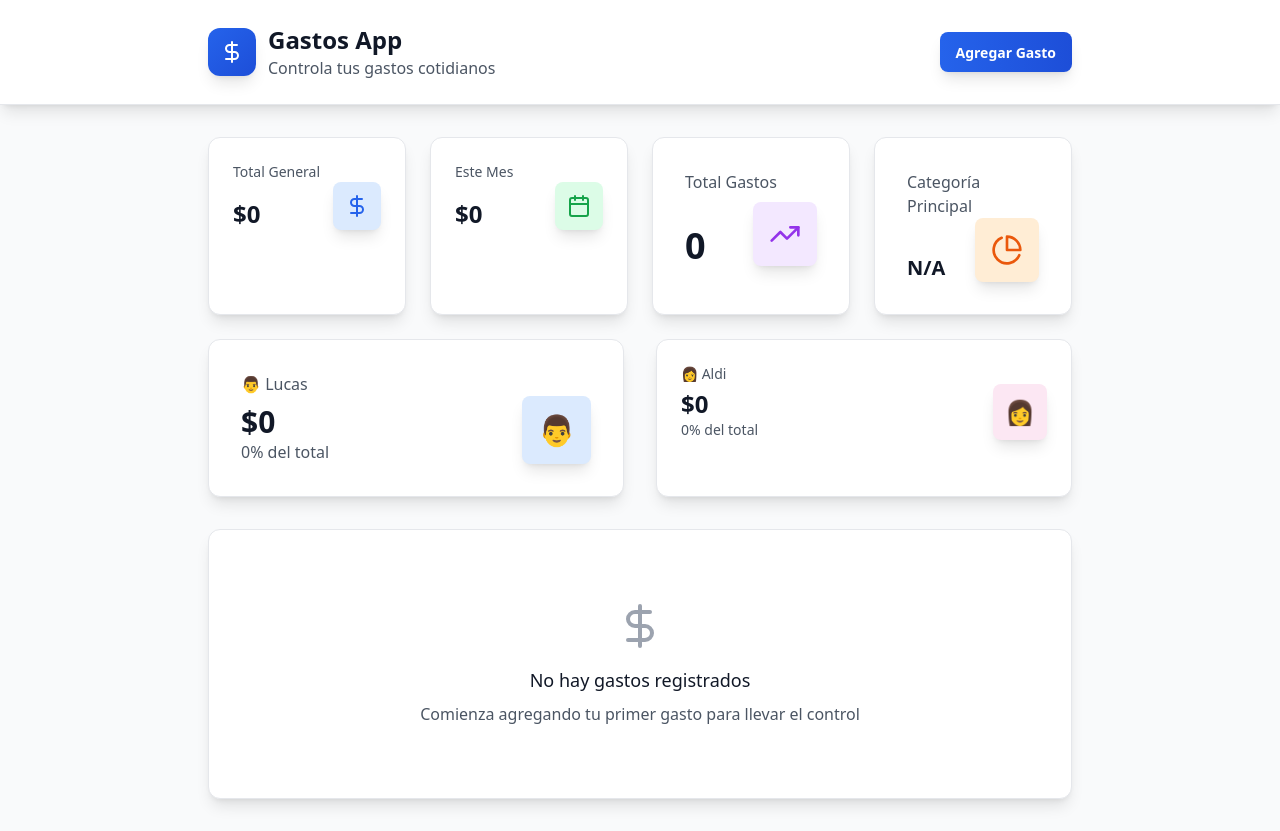
Repository: lucastenaglia/Gastosapp
Page: /
An editor plug-in stored every save of this project. The page is shown before and after the next save, followed by the edit.
The browser window is 1280 px wide. The pictures show the whole page.
The page's requests for data from a server got no answer. The project was rebuilt for these pictures with package versions that can differ from the ones it lists, and the page was loaded fresh each time. No one was signed in, and anything a server would have sent is missing. Also part of the build but not shown: vite.config.js, src/components/ExpenseForm.jsx.

Above is the page before, as saved 2025-08-03 21:46:16.

### index.html
<!DOCTYPE html>
<html lang="es">
  <head>
    <meta charset="UTF-8" />
    <link rel="icon" type="image/svg+xml" href="data:[embedded picture, 125 characters]" />
    <meta name="viewport" content="width=device-width, initial-scale=1.0" />
    <title>Gastos App - Control de Gastos Cotidianos</title>
  </head>
  <body>
    <div id="root"></div>
    <script type="module" src="/src/main.jsx"></script>
  </body>
</html>

### src/App.jsx
import { useState, useEffect } from 'react'
import Header from './components/Header'
import ExpenseForm from './components/ExpenseForm'
import ExpenseList from './components/ExpenseList'
import ExpenseSummary from './components/ExpenseSummary'
import { getExpenses, addExpense, updateExpense, deleteExpense } from './services/expenseService'

function App() {
  const [expenses, setExpenses] = useState([])
  const [isFormOpen, setIsFormOpen] = useState(false)
  const [loading, setLoading] = useState(true)
  const [error, setError] = useState(null)

  // Cargar gastos al iniciar la aplicación
  useEffect(() => {
    loadExpenses()
  }, [])

  // Cerrar modal con Escape
  useEffect(() => {
    const handleEscape = (e) => {
      if (e.key === 'Escape' && isFormOpen) {
        setIsFormOpen(false)
      }
    }

    document.addEventListener('keydown', handleEscape)
    return () => document.removeEventListener('keydown', handleEscape)
  }, [isFormOpen])

  const loadExpenses = async () => {
    try {
      setLoading(true)
      const data = await getExpenses()
      setExpenses(data)
      setError(null)
    } catch (err) {
      setError('Error al cargar los gastos')
      console.error(err)
    } finally {
      setLoading(false)
    }
  }

  const handleAddExpense = async (expense) => {
    try {
      const newExpense = await addExpense(expense)
      setExpenses([newExpense, ...expenses])
      setIsFormOpen(false)
    } catch (err) {
      setError('Error al agregar el gasto')
      console.error(err)
    }
  }

  const handleDeleteExpense = async (id) => {
    try {
      await deleteExpense(id)
      setExpenses(expenses.filter(expense => expense.id !== id))
    } catch (err) {
      setError('Error al eliminar el gasto')
      console.error(err)
    }
  }

  const handleEditExpense = async (id, updatedExpense) => {
    try {
      const updated = await updateExpense(id, updatedExpense)
      setExpenses(expenses.map(expense =>
        expense.id === id ? updated : expense
      ))
    } catch (err) {
      setError('Error al actualizar el gasto')
      console.error(err)
    }
  }

  return (
    <div className="min-h-screen bg-gray-50">
      <Header onAddExpense={() => setIsFormOpen(true)} />

      <main className="container mx-auto px-4 py-8 max-w-4xl">
        {error && (
          <div className="bg-red-100 border border-red-400 text-red-700 px-4 py-3 rounded mb-6">
            {error}
          </div>
        )}

        <ExpenseSummary expenses={expenses} />

        <div className="mt-8">
          <ExpenseList
            expenses={expenses}
            onDelete={handleDeleteExpense}
            onEdit={handleEditExpense}
            loading={loading}
          />
        </div>
      </main>

      {/* Modal Overlay */}
      {isFormOpen && (
        <div
          className="fixed inset-0 bg-black bg-opacity-50 flex items-center justify-center z-50 p-4 animate-in fade-in duration-200"
          onClick={() => setIsFormOpen(false)}
        >
          <div
            className="bg-white rounded-xl shadow-2xl max-w-md w-full mx-4 max-h-[90vh] overflow-y-auto animate-in zoom-in-95 duration-200"
            onClick={(e) => e.stopPropagation()}
          >
            <ExpenseForm
              onSubmit={handleAddExpense}
              onCancel={() => setIsFormOpen(false)}
            />
          </div>
        </div>
      )}
    </div>
  )
}

export default App

### src/index.css
@tailwind base;
@tailwind components;
@tailwind utilities;

@layer base {
  body {
    @apply bg-gray-50 text-gray-900;
  }
}

@layer components {
                .btn-primary {
                @apply bg-primary-600 hover:bg-primary-700 text-white font-medium py-2 px-4 rounded-lg transition-all duration-300 shadow-md hover:shadow-lg hover:-translate-y-0.5 transform;
              }

              .btn-secondary {
                @apply bg-gray-200 hover:bg-gray-300 text-gray-800 font-medium py-2 px-4 rounded-lg transition-all duration-300 shadow-md hover:shadow-lg hover:-translate-y-0.5 transform;
              }

                .input-field {
                @apply w-full px-3 py-2 border border-gray-300 rounded-lg focus:outline-none focus:ring-2 focus:ring-primary-500 focus:border-transparent shadow-sm focus:shadow-md transition-all duration-300;
              }

                            .card {
                @apply bg-white rounded-xl shadow-lg border border-gray-200 p-6 transform transition-all duration-300 hover:shadow-2xl hover:-translate-y-1;
              }

              .modal-enter {
                @apply opacity-0 scale-95;
              }

              .modal-enter-active {
                @apply opacity-100 scale-100 transition-all duration-200 ease-out;
              }

              .modal-exit {
                @apply opacity-100 scale-100;
              }

              .modal-exit-active {
                @apply opacity-0 scale-95 transition-all duration-200 ease-in;
              }
}

### src/components/Header.jsx
import { Plus, DollarSign } from 'lucide-react'

const Header = ({ onAddExpense }) => {
  return (
    <header className="bg-white shadow-lg border-b border-gray-200">
      <div className="container mx-auto px-4 py-6 max-w-4xl">
        <div className="flex items-center justify-between">
          <div className="flex items-center space-x-3">
            <div className="bg-gradient-to-br from-primary-600 to-primary-700 p-3 rounded-xl shadow-lg">
              <DollarSign className="h-6 w-6 text-white" />
            </div>
            <div>
              <h1 className="text-2xl font-bold text-gray-900">Gastos App</h1>
              <p className="text-gray-600">Controla tus gastos cotidianos</p>
            </div>
          </div>

          <button
            onClick={onAddExpense}
            className="bg-gradient-to-r from-primary-600 to-primary-700 active:from-primary-800 active:to-primary-900 text-white font-semibold py-2 px-4 rounded-lg shadow-lg hover:shadow-xl active:shadow-md active:translate-y-0.5 transition-all duration-200 border-0 focus:outline-none focus:ring-2 focus:ring-primary-300"
          >
            <span className="text-sm">Agregar Gasto</span>
          </button>
        </div>
      </div>
    </header>
  )
}

export default Header

### src/components/ExpenseList.jsx
import { useState } from 'react'
import { Trash2, Edit, Calendar, DollarSign } from 'lucide-react'

const ExpenseList = ({ expenses, onDelete, onEdit, loading }) => {
  const [editingId, setEditingId] = useState(null)
  const [editForm, setEditForm] = useState({})

  const categoryIcons = {
    comida: '🍽️',
    super: '🛒',
    auto: '🚗',
    entretenimiento: '🎮',
    salud: '💊',
    ropa: '👕',
    hogar: '🏠',
    otros: '📦'
  }

  const categoryColors = {
    comida: 'bg-orange-100 text-orange-800',
    super: 'bg-red-100 text-red-800',
    auto: 'bg-blue-100 text-blue-800',
    entretenimiento: 'bg-purple-100 text-purple-800',
    salud: 'bg-green-100 text-green-800',
    ropa: 'bg-pink-100 text-pink-800',
    hogar: 'bg-yellow-100 text-yellow-800',
    otros: 'bg-gray-100 text-gray-800'
  }

  const handleEdit = (expense) => {
    setEditingId(expense.id)
    setEditForm({
      description: expense.description,
      amount: expense.amount.toString(),
      category: expense.category,
      person: expense.person || 'lucas',
      date: expense.date
    })
  }

  const handleSaveEdit = (id) => {
    onEdit(id, {
      ...editForm,
      amount: parseFloat(editForm.amount)
    })
    setEditingId(null)
    setEditForm({})
  }

  const handleCancelEdit = () => {
    setEditingId(null)
    setEditForm({})
  }

  const formatDate = (dateString) => {
    const date = new Date(dateString)
    return date.toLocaleDateString('es-ES', {
      year: 'numeric',
      month: 'short',
      day: 'numeric'
    })
  }

  if (loading) {
    return (
      <div className="card">
        <div className="text-center py-12">
          <div className="animate-spin rounded-full h-12 w-12 border-b-2 border-primary-600 mx-auto mb-4"></div>
          <h3 className="text-lg font-medium text-gray-900 mb-2">
            Cargando gastos...
          </h3>
          <p className="text-gray-600">
            Conectando con la base de datos
          </p>
        </div>
      </div>
    )
  }

  if (expenses.length === 0) {
    return (
      <div className="card">
        <div className="text-center py-12">
          <DollarSign className="h-12 w-12 text-gray-400 mx-auto mb-4" />
          <h3 className="text-lg font-medium text-gray-900 mb-2">
            No hay gastos registrados
          </h3>
          <p className="text-gray-600">
            Comienza agregando tu primer gasto para llevar el control
          </p>
        </div>
      </div>
    )
  }

  return (
    <div className="card">
      <h2 className="text-xl font-semibold text-gray-900 mb-6">
        Historial de Gastos
      </h2>

      <div className="space-y-3">
        {expenses.map(expense => (
          <div key={expense.id} className="border border-gray-200 rounded-lg p-3 sm:p-4 bg-white shadow-md hover:shadow-xl hover:-translate-y-1 transform transition-all duration-300">
            {editingId === expense.id ? (
              <div className="space-y-3">
                <input
                  type="text"
                  value={editForm.description}
                  onChange={(e) => setEditForm({...editForm, description: e.target.value})}
                  className="input-field"
                />
                <div className="grid grid-cols-1 sm:grid-cols-2 gap-3">
                  <input
                    type="number"
                    value={editForm.amount}
                    onChange={(e) => setEditForm({...editForm, amount: e.target.value})}
                    className="input-field"
                    step="1"
                    min="0"
                  />
                  <select
                    value={editForm.category}
                    onChange={(e) => setEditForm({...editForm, category: e.target.value})}
                    className="input-field"
                  >
                    <option value="comida">🍽️ Comida</option>
                    <option value="super">🛒 Super</option>
                    <option value="auto">🚗 Auto</option>
                    <option value="entretenimiento">🎮 Entretenimiento</option>
                    <option value="salud">💊 Salud</option>
                    <option value="ropa">👕 Ropa</option>
                    <option value="hogar">🏠 Hogar</option>
                    <option value="otros">📦 Otros</option>
                  </select>
                </div>
                <div className="grid grid-cols-1 sm:grid-cols-2 gap-3">
                  <select
                    value={editForm.person}
                    onChange={(e) => setEditForm({...editForm, person: e.target.value})}
                    className="input-field"
                  >
                    <option value="lucas">👨 Lucas</option>
                    <option value="aldi">👩 Aldi</option>
                  </select>
                  <input
                    type="date"
                    value={editForm.date}
                    onChange={(e) => setEditForm({...editForm, date: e.target.value})}
                    className="input-field"
                  />
                </div>
                <div className="flex space-x-2">
                  <button
                    onClick={() => handleSaveEdit(expense.id)}
                    className="btn-primary text-sm flex-1"
                  >
                    Guardar
                  </button>
                  <button
                    onClick={handleCancelEdit}
                    className="btn-secondary text-sm flex-1"
                  >
                    Cancelar
                  </button>
                </div>
              </div>
            ) : (
              <div className="space-y-3">
                {/* Header con icono, descripción y monto */}
                <div className="flex items-start justify-between">
                  <div className="flex items-center space-x-3 flex-1 min-w-0">
                    <div className={`p-2 rounded-lg flex-shrink-0 ${categoryColors[expense.category]}`}>
                      <span className="text-lg">{categoryIcons[expense.category]}</span>
                    </div>

                    <div className="flex-1 min-w-0">
                      <h3 className="font-medium text-gray-900 truncate">
                        {expense.description}
                      </h3>
                      <div className="flex items-center space-x-2 text-sm text-gray-600 mt-1">
                        <span className="flex items-center space-x-1">
                          <Calendar className="h-3 w-3" />
                          <span className="hidden sm:inline">{formatDate(expense.date)}</span>
                          <span className="sm:hidden">{new Date(expense.date).toLocaleDateString('es-ES', { day: '2-digit', month: '2-digit' })}</span>
                        </span>
                        <span className="hidden sm:inline">•</span>
                        <span className="capitalize text-xs sm:text-sm">{expense.category}</span>
                      </div>
                    </div>
                  </div>

                  <div className="flex items-center space-x-2 flex-shrink-0">
                    <span className="text-lg font-semibold text-gray-900">
                      ${expense.amount}
                    </span>

                    <div className="flex space-x-1">
                      <button
                        onClick={() => handleEdit(expense)}
                        className="p-1 text-gray-400 hover:text-blue-600 transition-colors"
                        title="Editar"
                      >
                        <Edit className="h-4 w-4" />
                      </button>
                      <button
                        onClick={() => onDelete(expense.id)}
                        className="p-1 text-gray-400 hover:text-red-600 transition-colors"
                        title="Eliminar"
                      >
                        <Trash2 className="h-4 w-4" />
                      </button>
                    </div>
                  </div>
                </div>

                {/* Información adicional en móvil */}
                <div className="sm:hidden flex items-center justify-between text-sm text-gray-600 border-t pt-2">
                  <span className="flex items-center space-x-1">
                    <span>{expense.person === 'lucas' ? '👨' : '👩'}</span>
                    <span className="capitalize">{expense.person || 'lucas'}</span>
                  </span>
                  <span className="text-xs">
                    {new Date(expense.date).toLocaleDateString('es-ES', { year: 'numeric' })}
                  </span>
                </div>
              </div>
            )}
          </div>
        ))}
      </div>
    </div>
  )
}

export default ExpenseList

### src/components/ExpenseSummary.jsx
import { TrendingUp, Calendar, DollarSign, PieChart } from 'lucide-react'

const ExpenseSummary = ({ expenses }) => {
  const totalExpenses = expenses.reduce((sum, expense) => sum + expense.amount, 0)

  const today = new Date()
  const thisMonth = today.getMonth()
  const thisYear = today.getFullYear()

  const monthlyExpenses = expenses.filter(expense => {
    const expenseDate = new Date(expense.date)
    return expenseDate.getMonth() === thisMonth && expenseDate.getFullYear() === thisYear
  })

  const monthlyTotal = monthlyExpenses.reduce((sum, expense) => sum + expense.amount, 0)

  const categoryTotals = expenses.reduce((acc, expense) => {
    acc[expense.category] = (acc[expense.category] || 0) + expense.amount
    return acc
  }, {})

  const topCategory = Object.entries(categoryTotals).sort(([,a], [,b]) => b - a)[0]

  // Estadísticas por persona
  const personTotals = expenses.reduce((acc, expense) => {
    const person = expense.person || 'lucas'
    acc[person] = (acc[person] || 0) + expense.amount
    return acc
  }, {})

  const lucasTotal = personTotals.lucas || 0
  const aldiTotal = personTotals.aldi || 0

  const formatCurrency = (amount) => {
    return `$${Math.round(amount).toLocaleString('en-US')}`
  }

  return (
    <div className="space-y-4 sm:space-y-6">
      {/* Primera fila - Estadísticas generales */}
      <div className="grid grid-cols-2 lg:grid-cols-4 gap-3 sm:gap-6">
                 {/* Total General */}
         <div className="card relative p-4 sm:p-6">
           <div>
             <p className="text-xs sm:text-sm font-medium text-gray-600">Total General</p>
             <div className="flex items-end justify-between">
               <p className="text-lg sm:text-2xl font-bold text-gray-900">
                 {formatCurrency(totalExpenses)}
               </p>
               <div className="bg-blue-100 p-2 sm:p-3 rounded-lg shadow-lg">
                 <DollarSign className="h-4 w-4 sm:h-6 sm:w-6 text-blue-600" />
               </div>
             </div>
           </div>
         </div>

                 {/* Gastos del Mes */}
         <div className="card relative p-4 sm:p-6">
           <div>
             <p className="text-xs sm:text-sm font-medium text-gray-600">Este Mes</p>
             <div className="flex items-end justify-between">
               <p className="text-lg sm:text-2xl font-bold text-gray-900">
                 {formatCurrency(monthlyTotal)}
               </p>
               <div className="bg-green-100 p-2 sm:p-3 rounded-lg shadow-lg">
                 <Calendar className="h-4 w-4 sm:h-6 sm:w-6 text-green-600" />
               </div>
             </div>
           </div>
         </div>

                 {/* Total de Gastos */}
         <div className="card relative p-4 sm:p-6 lg:p-8">
           <div>
             <p className="text-xs sm:text-sm lg:text-base font-medium text-gray-600">Total Gastos</p>
             <div className="flex items-end justify-between mt-2">
               <p className="text-2xl sm:text-3xl lg:text-4xl font-bold text-gray-900">
                 {expenses.length}
               </p>
               <div className="bg-purple-100 p-2 sm:p-3 lg:p-4 rounded-lg shadow-lg self-end">
                 <TrendingUp className="h-4 w-4 sm:h-6 sm:w-6 lg:h-8 lg:w-8 text-purple-600" />
               </div>
             </div>
           </div>
         </div>

                 {/* Categoría Principal */}
         <div className="card relative p-4 sm:p-6 lg:p-8">
           <div>
             <p className="text-xs sm:text-sm lg:text-base font-medium text-gray-600">Categoría Principal</p>
             <div className="flex items-end justify-between">
               <div>
                 <p className="text-base sm:text-lg lg:text-xl font-semibold text-gray-900 capitalize">
                   {topCategory ? topCategory[0] : 'N/A'}
                 </p>
                 {topCategory && (
                   <p className="text-xs sm:text-sm lg:text-base text-gray-600">
                     {formatCurrency(topCategory[1])}
                   </p>
                 )}
               </div>
               <div className="bg-orange-100 p-2 sm:p-3 lg:p-4 rounded-lg shadow-lg">
                 <PieChart className="h-4 w-4 sm:h-6 sm:w-6 lg:h-8 lg:w-8 text-orange-600" />
               </div>
             </div>
           </div>
         </div>
      </div>

             {/* Segunda fila - Estadísticas por persona */}
       <div className="grid grid-cols-1 sm:grid-cols-2 gap-3 sm:gap-6 lg:gap-8">
                 {/* Gastos de Lucas */}
         <div className="card relative p-4 sm:p-6 lg:p-8">
           <div>
             <p className="text-xs sm:text-sm lg:text-base font-medium text-gray-600">👨 Lucas</p>
             <div className="flex items-end justify-between">
               <div>
                 <p className="text-lg sm:text-2xl lg:text-3xl font-bold text-gray-900">
                   {formatCurrency(lucasTotal)}
                 </p>
                 <p className="text-xs sm:text-sm lg:text-base text-gray-600">
                   {totalExpenses > 0 ? `${((lucasTotal / totalExpenses) * 100).toFixed(1)}%` : '0%'} del total
                 </p>
               </div>
               <div className="bg-blue-100 p-2 sm:p-3 lg:p-4 rounded-lg shadow-lg">
                 <span className="text-lg sm:text-2xl lg:text-3xl">👨</span>
               </div>
             </div>
           </div>
         </div>

                 {/* Gastos de Aldi */}
         <div className="card relative p-4 sm:p-6">
           <div>
             <p className="text-xs sm:text-sm font-medium text-gray-600">👩 Aldi</p>
             <div className="flex items-end justify-between">
               <div>
                 <p className="text-lg sm:text-2xl font-bold text-gray-900">
                   {formatCurrency(aldiTotal)}
                 </p>
                 <p className="text-xs sm:text-sm text-gray-600">
                   {totalExpenses > 0 ? `${((aldiTotal / totalExpenses) * 100).toFixed(1)}%` : '0%'} del total
                 </p>
               </div>
               <div className="bg-pink-100 p-2 sm:p-3 rounded-lg shadow-lg">
                 <span className="text-lg sm:text-2xl">👩</span>
               </div>
             </div>
           </div>
         </div>
      </div>
    </div>
  )
}

export default ExpenseSummary

### src/lib/supabase.js
import { createClient } from '@supabase/supabase-js'

// Configuración de Supabase
const supabaseUrl = 'https://tiarifmkqcayodakifqu.supabase.co'
const supabaseAnonKey = 'eyJhbGciOiJIUzI1NiIsInR5cCI6IkpXVCJ9.eyJpc3MiOiJzdXBhYmFzZSIsInJlZiI6InRpYXJpZm1rcWNheW9kYWtpZnF1Iiwicm9sZSI6ImFub24iLCJpYXQiOjE3NTQyMzYxMzcsImV4cCI6MjA2OTgxMjEzN30.qJr6Xvo0UF5_XPq4UWidASjwgjcWPFJ8CqR6mAHSsTU'

export const supabase = createClient(supabaseUrl, supabaseAnonKey)

### tailwind.config.js
/** @type {import('tailwindcss').Config} */
export default {
  content: [
    "./index.html",
    "./src/**/*.{js,ts,jsx,tsx}",
  ],
  theme: {
    extend: {
      colors: {
        primary: {
          50: '#eff6ff',
          500: '#3b82f6',
          600: '#2563eb',
          700: '#1d4ed8',
        }
      }
    },
  },
  plugins: [],
}

Loaded but not shown: src/main.jsx (common file); src/services/expenseService.js (78 lines, source omitted)

After the next save:
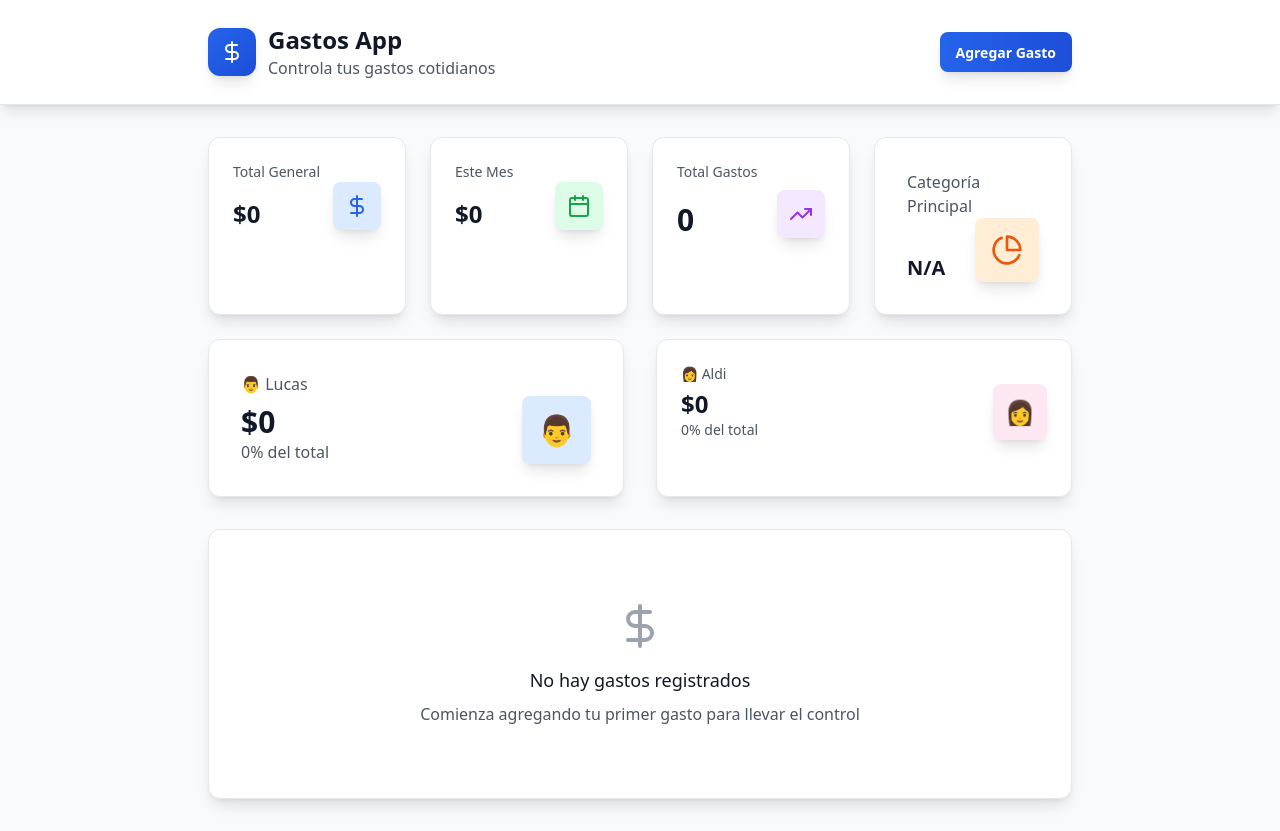
Saved 9 s later.
--- a/src/components/ExpenseSummary.jsx
+++ b/src/components/ExpenseSummary.jsx
@@ -70,15 +70,15 @@ const ExpenseSummary = ({ expenses }) => {
          </div>
 
                  {/* Total de Gastos */}
-         <div className="card relative p-4 sm:p-6 lg:p-8">
+         <div className="card relative p-4 sm:p-6">
            <div>
-             <p className="text-xs sm:text-sm lg:text-base font-medium text-gray-600">Total Gastos</p>
+             <p className="text-xs sm:text-sm font-medium text-gray-600">Total Gastos</p>
              <div className="flex items-end justify-between mt-2">
-               <p className="text-2xl sm:text-3xl lg:text-4xl font-bold text-gray-900">
+               <p className="text-2xl sm:text-3xl font-bold text-gray-900">
                  {expenses.length}
                </p>
-               <div className="bg-purple-100 p-2 sm:p-3 lg:p-4 rounded-lg shadow-lg self-end">
-                 <TrendingUp className="h-4 w-4 sm:h-6 sm:w-6 lg:h-8 lg:w-8 text-purple-600" />
+               <div className="bg-purple-100 p-2 sm:p-3 rounded-lg shadow-lg self-end">
+                 <TrendingUp className="h-4 w-4 sm:h-6 sm:w-6 text-purple-600" />
                </div>
              </div>
            </div>
